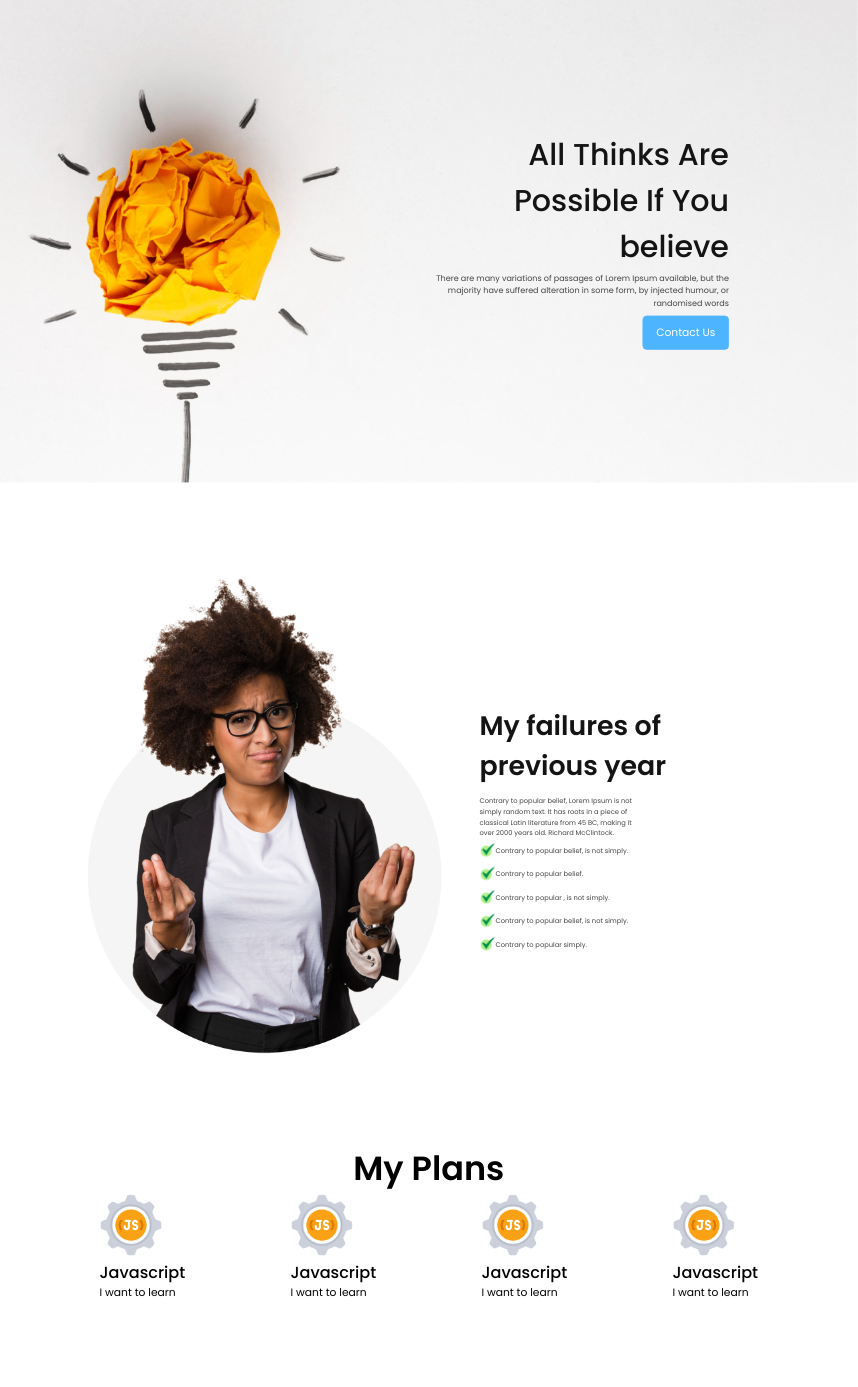
Repository: mdrubel02/new-year-new-mission
Page: index.html
These files come from the project's save history. The page is drawn as it stood at one moment and after the next save; the edit follows.
The browser window is 1280 px wide. The pictures show the whole page, at 67% of full size.

Above is the page before, as saved 2023-01-06 23:31:22.

After the next save:
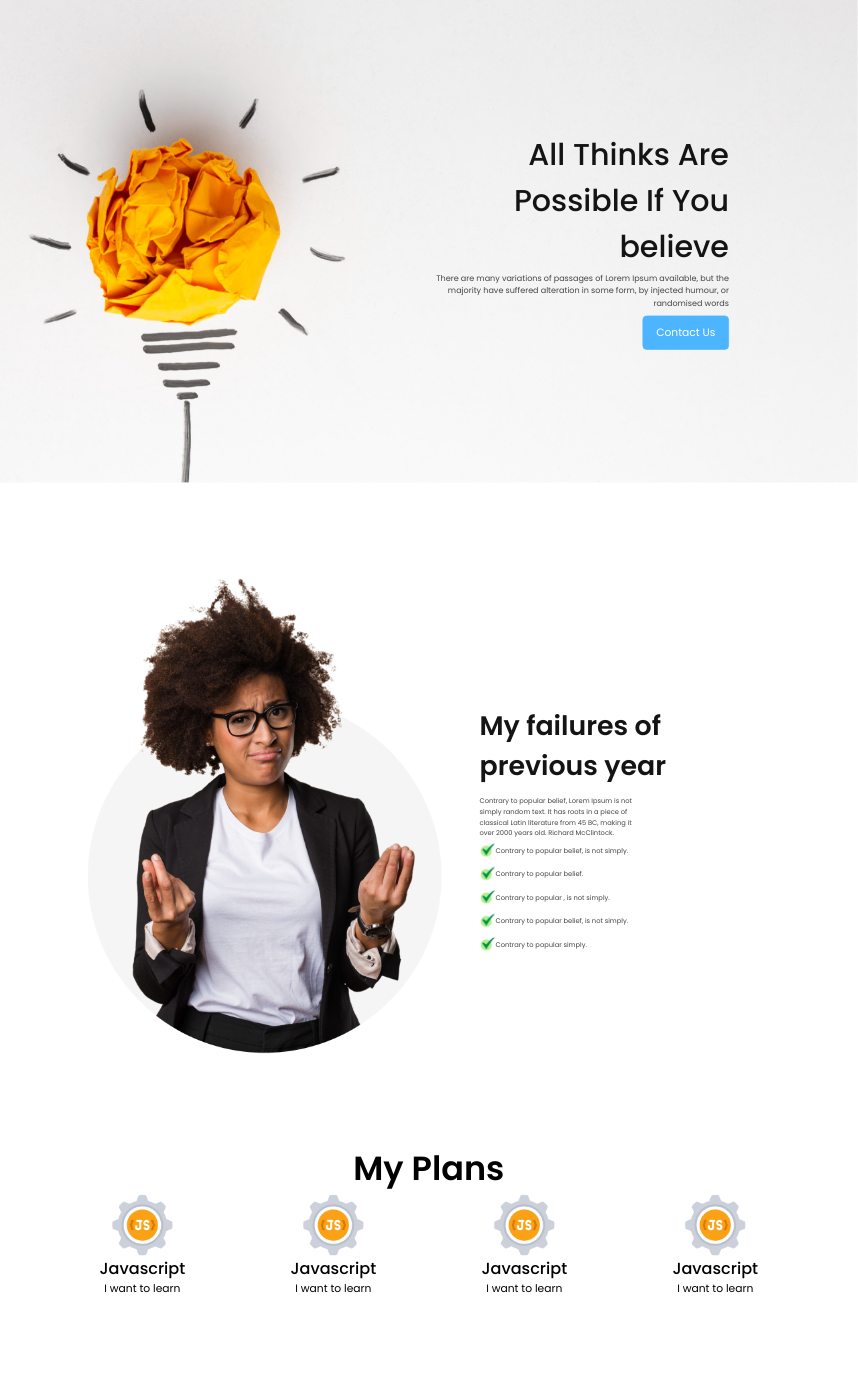
Saved 59 s later.
--- a/index.css
+++ b/index.css
@@ -142,5 +142,9 @@ a:hover {
     justify-content: space-around;
     align-items: center;
 }
-.my_plans_items{}
-.my_plans_itme
+.my_plans_items{
+    display: flex;
+    flex-direction: column;
+    justify-content: center;
+    align-items: center;
+}
